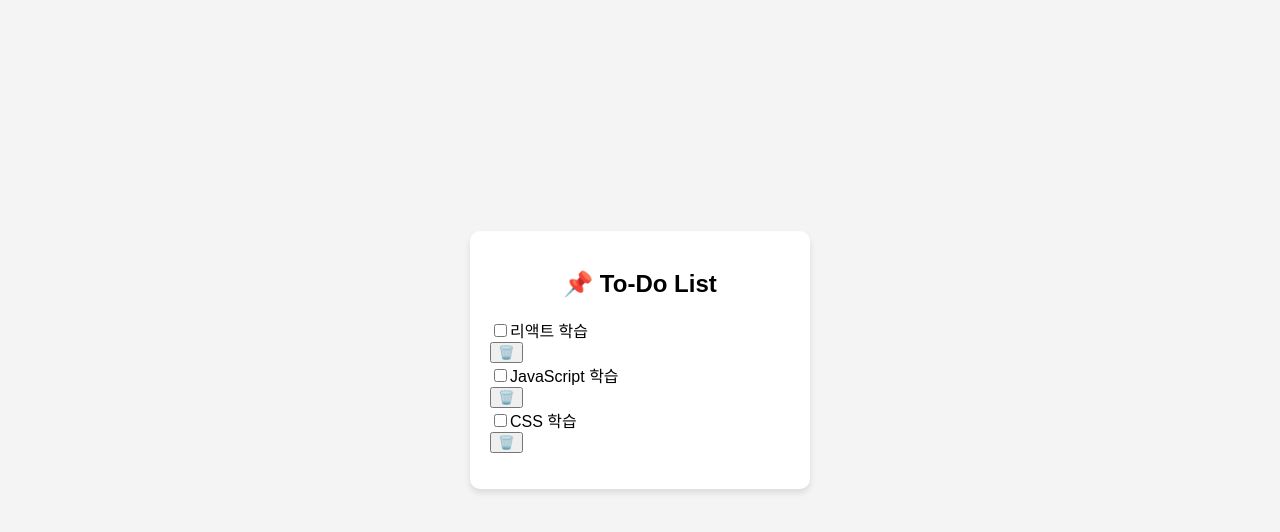
Repository: jongheonleee/todo-list
Page: /
The author's editor kept a copy of each file at every save. The page is drawn from the files as they stood at one save, then again after the next save.
The browser window is 1280 px wide. The pictures show the whole page.
The project was rebuilt for these pictures with package versions that can differ from the ones it lists, and the page was loaded fresh each time. Also part of the build but not shown: src/components/InputForm.css, src/components/ToDoItem.js.

Above is the page before, as saved 2025-02-18 15:11:18.

### src/App.js

import React from "react";
import "./App.css";
import InputForm from "./components/InputForm";
import ToDoList from "./components/ToDoList";


const App = () => {
  // 기본적으로 보여줄 리스트
  const items = [
    {
      id : 1,
      text : "리액트 학습",
      done : false
    },

    {
      id : 2,
      text : "JavaScript 학습",
      done : false
    },

    {
      id : 3,
      text : "CSS 학습",
      done : false
    }
  ];


  return (
    <div className="container">
      <div className="sub-container">
        <h2>📌 To-Do List</h2>

        {/* 입력 부분  */}
        {/* <div className="input-area">
          <input type="text" placeholder="할 일을 입력하세요" />
          <button className="add-btn">+</button>
        </div> */}

        <InputForm />

        {/* todo-list 부분 */}
        {/* <ul className="todo-list">
          <li>
            <div className="todo-item">
              <input type="checkbox" />
              <span>리액트 학습</span>
            </div>
            <button className="delete-btn">🗑️</button>
          </li>
          <li>
            <div className="todo-item">
              <input type="checkbox" />
              <span>JavaScript 학습</span>
            </div>
            <button className="delete-btn">🗑️</button>
          </li>
          <li>
            <div className="todo-item">
              <input type="checkbox" />
              <span>CSS 학습</span>
            </div>
            <button className="delete-btn">🗑️</button>
          </li>
        </ul> */}

        <ToDoList />

      </div>
    </div>
  );
}

export default App;

### src/App.css
/* styles.css */
.container {
  font-family: Arial, sans-serif;
  background-color: #f4f4f4;
  display: flex;
  justify-content: center;
  align-items: center;
  height: 100vh;
  margin: 0;
}

.sub-container {
  background: white;
  padding: 20px;
  border-radius: 10px;
  box-shadow: 0 4px 6px rgba(0, 0, 0, 0.1);
  width: 300px;
}

h2 {
  text-align: center;
  margin-bottom: 20px;
}

### src/components/InputForm.js
import React from "react";
import "./InputForm.css";

const InputForm = () => {
    <div className="input-area">
        <input type="text" placeholder="할 일을 입력하세요" />
        <button className="add-btn">+</button>
    </div>
}

export default InputForm;

### src/components/ToDoList.js
import React from "react";
import ToDoItem from "./ToDoItem";
import "./ToDoList.css"

const ToDoList = ({ items }) => {
    return (
        <ul className="todo-list">
            <li>
                <div className="todo-item">
                <input type="checkbox" />
                <span>리액트 학습</span>
                </div>
                <button className="delete-btn">🗑️</button>
            </li>


            <li>
            <div className="todo-item">
                <input type="checkbox" />
                <span>JavaScript 학습</span>
            </div>
            <button className="delete-btn">🗑️</button>
            </li>

            <li>
                <div className="todo-item">
                    <input type="checkbox" />
                    <span>CSS 학습</span>
                </div>
                <button className="delete-btn">🗑️</button>
            </li>
        </ul>
    )
}

export default ToDoList;

### src/components/ToDoList.css
.todo-list {
    list-style: none;
    padding: 0;
    margin-top: 20px;
}

### src/components/ToDoItem.css
.item {
    background-color: yellow;
}

Loaded but not shown: public/index.html (common file); src/index.js (common file); src/index.css (common file); src/reportWebVitals.js (common file)

After the next save:
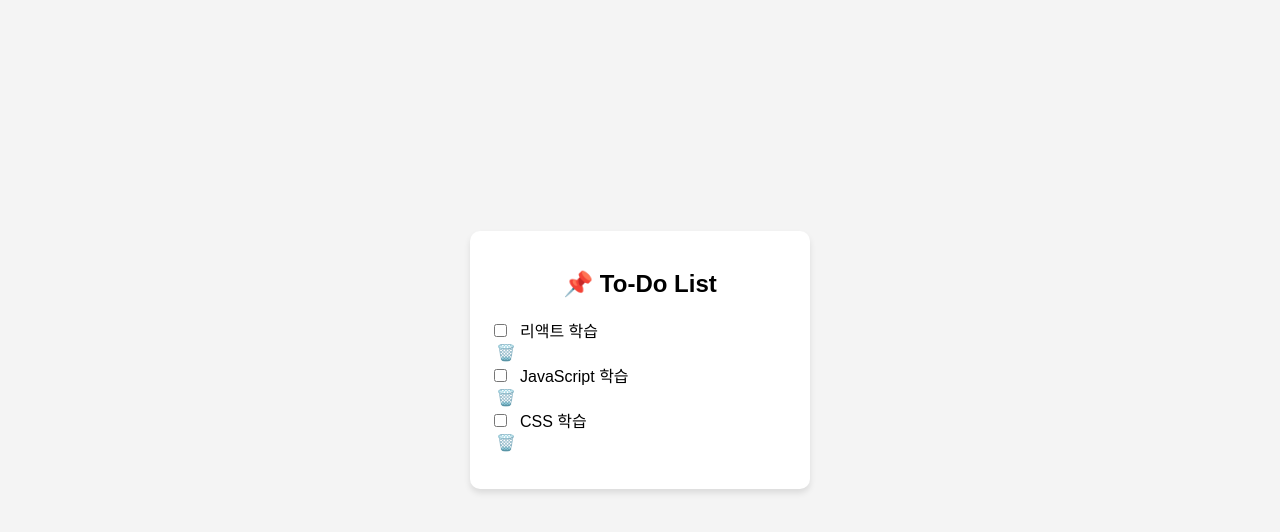
Saved 4 s later.
--- a/src/components/ToDoItem.css
+++ b/src/components/ToDoItem.css
@@ -1,3 +1,25 @@
-.item {
-    background-color: yellow;
+.todo-item-li {
+    display: flex;
+    justify-content: space-between;
+    align-items: center;
+    padding: 10px;
+    border-bottom: 1px solid #ddd;
 }
+
+.todo-item {
+    display: flex;
+    align-items: center;
+    gap: 10px;
+}
+
+.delete-btn {
+    background: none;
+    border: none;
+    color: red;
+    cursor: pointer;
+    font-size: 16px;
+}
+
+.delete-btn:hover {
+    color: darkred;
+}
